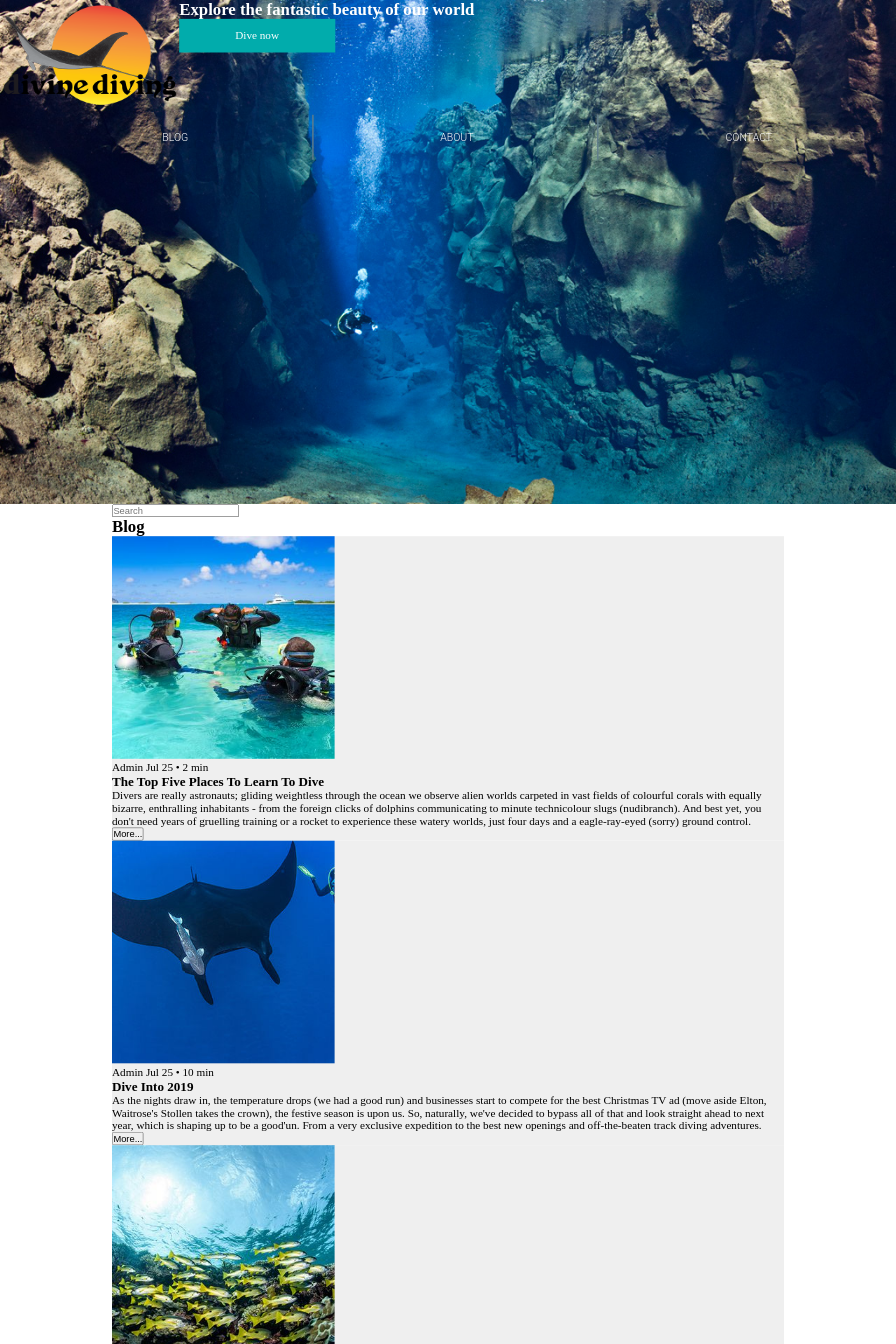
Repository: M1shkaBear/FLX
Page: FLX_homework_3/homework/index.html
The author's editor kept a copy of each file at every save. The page is drawn from the files as they stood at one save, then again after the next save.
The browser window is 1280 px wide. The pictures show the part of the page from y = 0 to 1920 px (the page is 3829 px tall), at 70% of full size.
The style sheet was rebuilt from its Sass, Less or Tailwind sources for each picture, by a compiler version that may differ from the author's.

Above is the page before, as saved 2019-01-26 00:22:48.

### FLX_homework_3/homework/index.html
<!DOCTYPE html>
<html lang="en">
  <head>
    <meta charset="UTF-8" />
    <meta name="viewport" content="width=device-width, initial-scale=1.0" />
    <meta http-equiv="X-UA-Compatible" content="ie=edge" />

    <!-- Styles should be switched here: -->

    <link rel="stylesheet" type="text/css" href="css/style1.css" />
    <!-- <link rel="stylesheet" type="text/css" href="css/style2.css" /> -->

    <title>Explore the world of ocean</title>
  </head>

  <body>
    <div class="main-wrapper">
      <header>
        <div class="top-wrapper">
          <div class="logo"><img src="img/logo.png" alt="" /></div>

          <nav>
            <a role="button" href="#list" target="_self">Blog</a>
            <a role="button" href="#about" target="_self">About</a>
            <a role="button" href="#contact" target="_self">Contact</a>
          </nav>
        </div>
        <section>
          <h1>Explore the fantastic beauty of our world</h1>
          <a class="btn btn-top" href="#list" target="_self">Dive now</a>
        </section>
      </header>
      <main>
        <div class="toolbar"><input type="text" placeholder="Search" /></div>
        <section class="post-list" id="list">
          <h1>Blog</h1>
          <article>
            <img src="img/post-1.jpg" alt="" />
            <div>
              <div class="post">
                <div class="post-description">Admin Jul 25 &#8226; 2 min</div>
                <h3>The Top Five Places To Learn To Dive</h3>
                <p>
                  Divers are really astronauts; gliding weightless through the
                  ocean we observe alien worlds carpeted in vast fields of
                  colourful corals with equally bizarre, enthralling inhabitants
                  - from the foreign clicks of dolphins communicating to minute
                  technicolour slugs (nudibranch). And best yet, you don't need
                  years of gruelling training or a rocket to experience these
                  watery worlds, just four days and a eagle-ray-eyed (sorry)
                  ground control.
                </p>
              </div>
              <button class="btn">More...</button>
            </div>
          </article>
          <article>
            <img src="img/post-2.jpg" alt="" />
            <div>
              <div class="post">
                <div class="post-description">Admin Jul 25 &#8226; 10 min</div>
                <h3>Dive Into 2019</h3>
                <p>
                  As the nights draw in, the temperature drops (we had a good
                  run) and businesses start to compete for the best Christmas TV
                  ad (move aside Elton, Waitrose's Stollen takes the crown), the
                  festive season is upon us. So, naturally, we've decided to
                  bypass all of that and look straight ahead to next year, which
                  is shaping up to be a good'un. From a very exclusive
                  expedition to the best new openings and off-the-beaten track
                  diving adventures.
                </p>
              </div>
              <button class="btn">More...</button>
            </div>
          </article>
          <article>
            <img src="img/post-3.jpg" alt="" />
            <div>
              <div class="post">
                <div class="post-description">Admin Jul 25 &#8226; 15 min</div>
                <h3>Short Haul Winter Diving Destinations</h3>
                <p>
                  As we (at least those of us based in Europe) are slowly
                  stepping into the cold of winter and dusting off our winter
                  clothing, here at Original Diving, we've compiled our list of
                  some top short-haul winter-come-spring diving destinations.
                  Here's a selection of places you can get to for a short break
                  where the temperature won't chill your bones and the waters
                  remain unfrozen. Enjoy!
                </p>
              </div>
              <button class="btn">More...</button>
            </div>
          </article>
          <article>
            <img src="img/post-4.jpg" alt="" />
            <div>
              <div class="post">
                <div class="post-description">Admin Jul 25 &#8226; 20 min</div>
                <h3>Beat the System</h3>
                <p>
                  Question: do you consider yourself a canny operator (*taps
                  nose and winks*)? Are you willing to buck the trend, go
                  off-piste, roll the dice as it were? Well it's time to channel
                  your inner wheeler dealer, à la Del Boy Trotter (perhaps
                  without the dodgy gold medallions and morally ambiguous
                  schemes), and beat the system, whether travelling out of
                  season.
                </p>
              </div>
              <button class="btn">More...</button>
            </div>
          </article>
          <article>
            <img src="img/post-5.jpg" alt="" />
            <div>
              <div class="post">
                <div class="post-description">Admin Jul 25 &#8226; 28 min</div>
                <h3>Diving The Galapagos</h3>
                <p>
                  This year I turn 30. At the start of the year I decided that
                  it was going to be a big year for me; figure out my five year
                  plan, set some challenges, say 'yes' to as much as possible
                  and go on some unforgettable trips. The five year plan is
                  still a work in progress, however I did say 'yes' to
                  completing a ski marathon so that doubled with a challenge.
                </p>
              </div>
              <button class="btn">More...</button>
            </div>
          </article>
          <article>
            <img src="img/post-6.jpg" alt="" />
            <div>
              <div class="post">
                <div class="post-description">Admin Jul 25 42 min</div>
                <h3>The 8 Best Dive Sites in the World</h3>
                <p>
                  Bucket lists are for landlubbers. If you're a diver, and the
                  ocean is your oyster, then you NEED to dive these spots,
                  arguably the greatest dive sites on our blue planet.
                </p>
              </div>
              <button class="btn">More...</button>
            </div>
          </article>
        </section>

        <section class="about" id="about">
          <div>
            <h1>About Us</h1>
            <p>
              Our approach differs from other travel companies; we are a group
              of dedicated divers, marine biologists and travellers who take a
              creative approach to tailoring luxury diving holidays.
            </p>
            <p>
              We focus on understanding what you want from your holiday, from
              trips centred entirely around diving to holidays with the odd dive
              included here and there. No matter your level of dive experience
              and knowledge, we will tailor the perfect holiday to your
              requirements using a thoughtful approach, focused on the small
              details that make a big difference.
            </p>
            <p>
              Our aim is to make sure every detail of your holiday is planned to
              perfection by working with you to hone and finesse your itinerary
              to your exact requirements, from ensuring logistics like transfers
              and guides run like clockwork to giving you access to experiences
              the average traveller wouldn't find. So you can sit back, relax
              and enjoy your Original Diving holiday.
            </p>
          </div>
          <div><img src="img/about-section.jpg" alt="" /></div>
        </section>

        <section class="contact-form" id="contact">
          <h1>CONTACT US</h1>
          <h4>For any questions you may have, you can write us:</h4>

          <!-- TODO: write form fields -->
        </section>
      </main>
      <footer><span>&#169; 2019 Exploring the world</span></footer>
    </div>
  </body>
</html>

### FLX_homework_3/homework/scss/style1.scss
// Do not edit this file
@import "variables1";
@import "main";

### FLX_homework_3/homework/scss/_variables1.scss
$contentBackground: #fff;
$bgArticle: #efefef;
$fonts: normal 300 15px/24px Roboto, Ubuntu, Cantarell, Helvetica, sans-serif;
$bgImg: url("../img/header_background_v1.jpg");
$aColor: white;
$abdcolor: #607d8b;
$btnColor: #01acac;

### FLX_homework_3/homework/scss/_main.scss
* {
  box-sizing: border-box;
  margin: 0;
  padding: 0;
}

body {
  background: $contentBackground;
}

main {
  margin: 0 auto;
  width: 960px;
  article {
    background-color: $bgArticle;
  }
}

header {
  background-image: $bgImg;
  background-position: center;
  background-size: cover;
  height: 100vh;
  .btn.btn-top {
    background-color: $btnColor;
    color: white;
    border: none;
    padding: 15px 80px;
    text-align: center;
    text-decoration: none;
    display: inline-block;
    font-size: 16px;
  }
  section {
    color: $aColor;
    display: flax;
    justify-content: center;
  }
  .logo {
    float: left;
    width: 20%;
    img {
      width: 100%;
      height: auto;
    }
  }
  nav {
    float: right;
    a {
      color: $aColor;
      font: $fonts;
      text-transform: uppercase;
      text-decoration: none;
      padding: 20px 177px 20px 177px;
      display: inline-block;
    }

    a:not(:last-of-type) {
      border-width: 0 2px 0 0;
      border-style: solid;
      border-color: $abdcolor;
    }
  }
}
#about img {
  width: 100%;
}

After the next save:
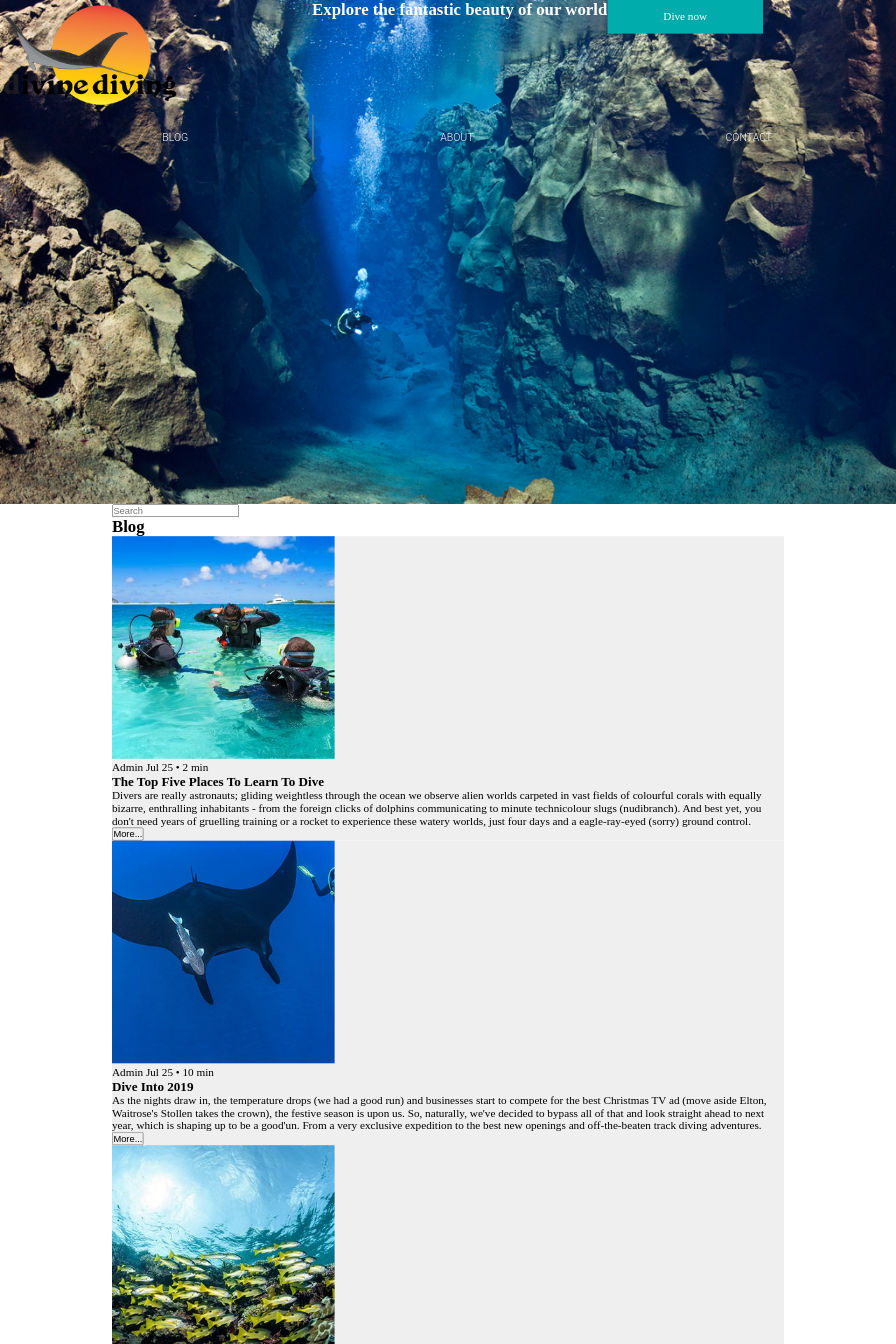
Saved 53 s later.
--- a/FLX_homework_3/homework/scss/_main.scss
+++ b/FLX_homework_3/homework/scss/_main.scss
@@ -33,7 +33,7 @@ header {
   }
   section {
     color: $aColor;
-    display: flax;
+    display: flex;
     justify-content: center;
   }
   .logo {
